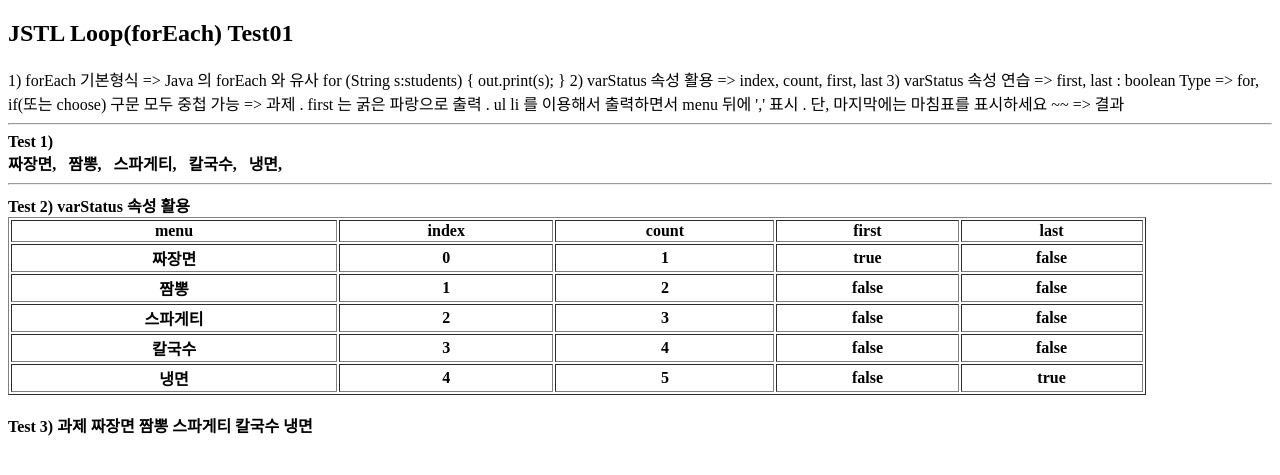
Repository: nameground/Java
Page: http://localhost/Web01/jsp05_JSTL/ex03_For01.jsp
The author's editor kept a copy of each file at every save. The page is drawn from the files as they stood at one save, then again after the next save.
The browser window is 1280 px wide. The pictures show the whole page.
The page is served by Tomcat 9. Nobody is signed in. The application's start-up code is not run. Other server files are loaded and not shown.

Above is the page before, as saved 2023-10-13 08:04:15.

### mTest/Mywork/Web01/src/main/webapp/jsp05_JSTL/ex03_For01.jsp
<%@ page language="java" contentType="text/html; charset=UTF-8"
    pageEncoding="UTF-8"%>
<%@ taglib uri="http://java.sun.com/jsp/jstl/core" prefix="c" %>
<!DOCTYPE html>
<html>
<head>
<meta charset="UTF-8">
<title>JSTL Loop(forEach) Test01</title>
<%
	String [] menu = {"짜장면", "짬뽕", "스파게티", "칼국수", "냉면"};
	pageContext.setAttribute("menuList", menu);
%>
</head>
<body>
<h2>JSTL Loop(forEach) Test01</h2>
1) forEach 기본형식
=> Java 의 forEach 와 유사
   for (String s:students) {  out.print(s); }

2) varStatus 속성 활용
=> index, count, first, last

3) varStatus 속성 연습
=> first, last : boolean Type
=> for, if(또는 choose) 구문 모두 중첩 가능
=> 과제
   . first 는 굵은 파랑으로 출력
   . ul li 를 이용해서 출력하면서 menu 뒤에 ',' 표시
   . 단, 마지막에는 마침표를 표시하세요 ~~
=> 결과
</pre><hr>
<b>
Test 1) <br>
<c:forEach var="menu" items="${menuList}">
	${menu}, &nbsp;
</c:forEach>
<hr>
Test 2) varStatus 속성 활용
<table border="1" style="text-align:center; width:90%;">
	<tr style="background-color:sky;">
		<th>menu</th>
		<th>index</th>
		<th>count</th>
		<th>first</th>
		<th>last</th>
	</tr>
	<c:forEach var="menu" items="${menuList}" varStatus="vs">
		<tr>
			<td>${menu}</td>
			<td>${vs.index}</td>
			<td>${vs.count}</td>
			<td>${vs.first}</td>
			<td>${vs.last}</td>
		</tr>
	</c:forEach>
</table>
<br>
Test 3) 과제
<c:forEach var="menu" items="${menuList}">
	${menu }
</c:forEach>
</body>
</html>

After the next save:
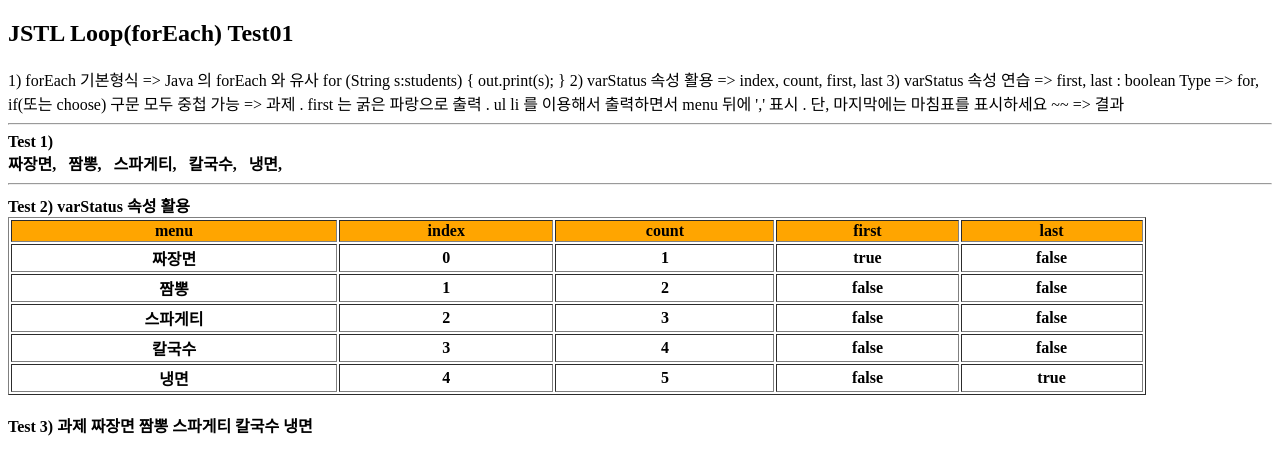
Saved 47 s later.
--- a/mTest/Mywork/Web01/src/main/webapp/jsp05_JSTL/ex03_For01.jsp
+++ b/mTest/Mywork/Web01/src/main/webapp/jsp05_JSTL/ex03_For01.jsp
@@ -37,7 +37,7 @@ Test 1) <br>
 <hr>
 Test 2) varStatus 속성 활용
 <table border="1" style="text-align:center; width:90%;">
-	<tr style="background-color:sky;">
+	<tr style="background-color:orange;">
 		<th>menu</th>
 		<th>index</th>
 		<th>count</th>
